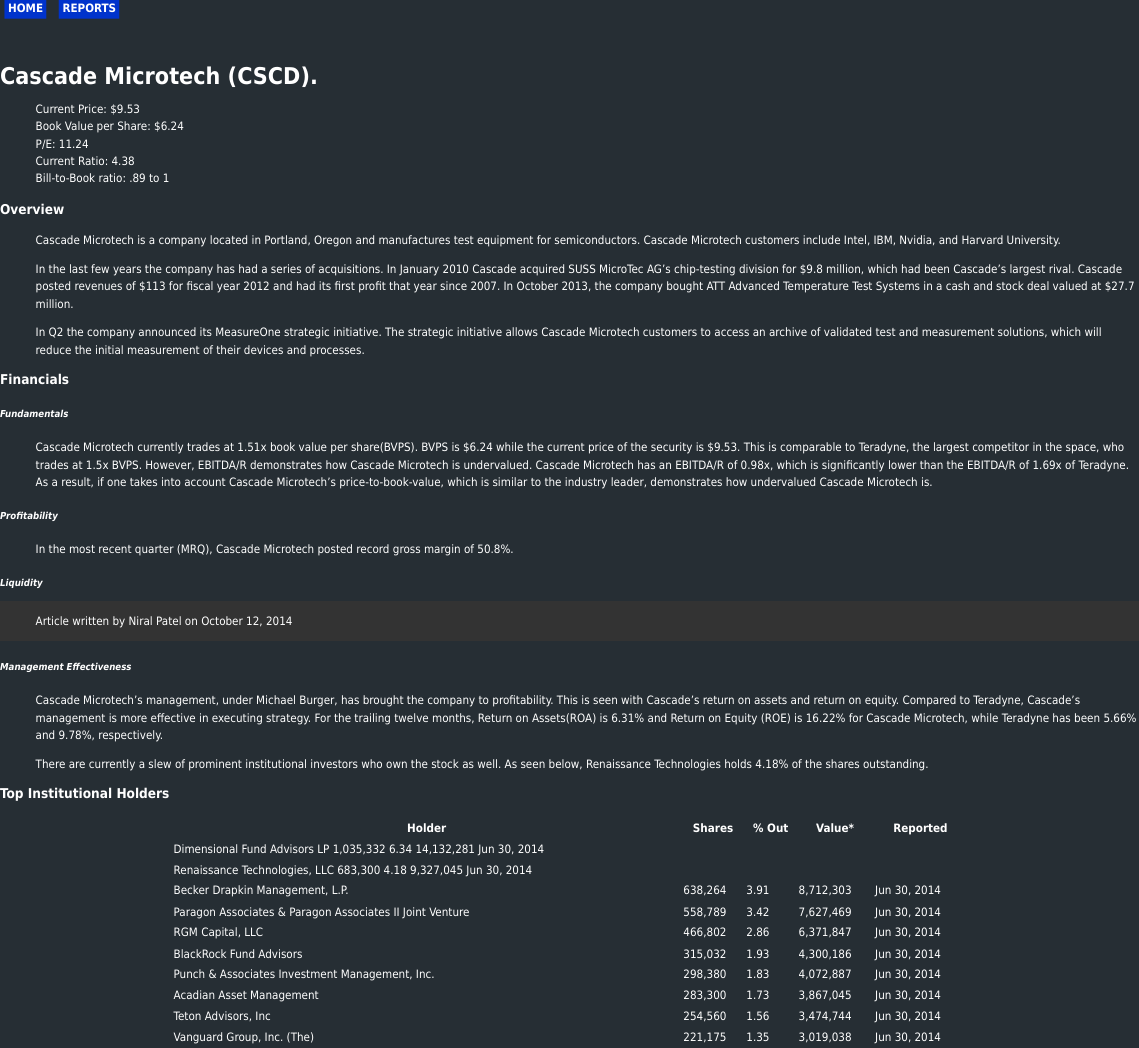
Repository: MilapNaik/Sharpereturns
Page: reports.html
The author's editor kept a record of every edit. The page is drawn from the files as they stood at one moment, then again after the next edit.
The browser window is 1280 px wide. The pictures show the whole page, at 89% of full size.

Above is the page before.

After the next edit:
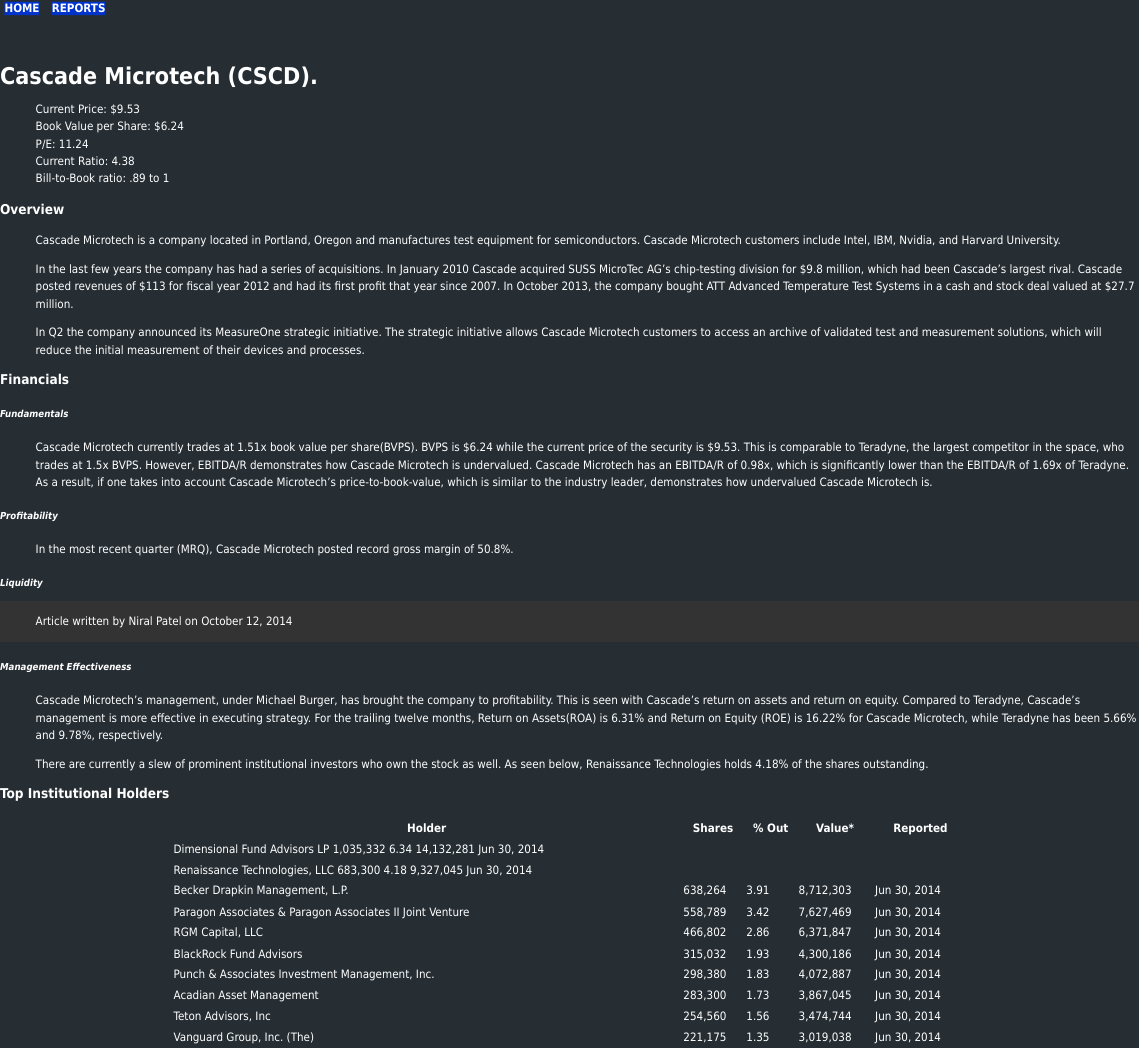
The edit:
--- a/style.css
+++ b/style.css
@@ -30,7 +30,7 @@
     color: #FFFFFF;
     background-color: #0033CC;
     text-align: center;
-    padding: 4px;
+    padding: 0px;
     text-decoration: none;
     text-transform: uppercase;
 }
